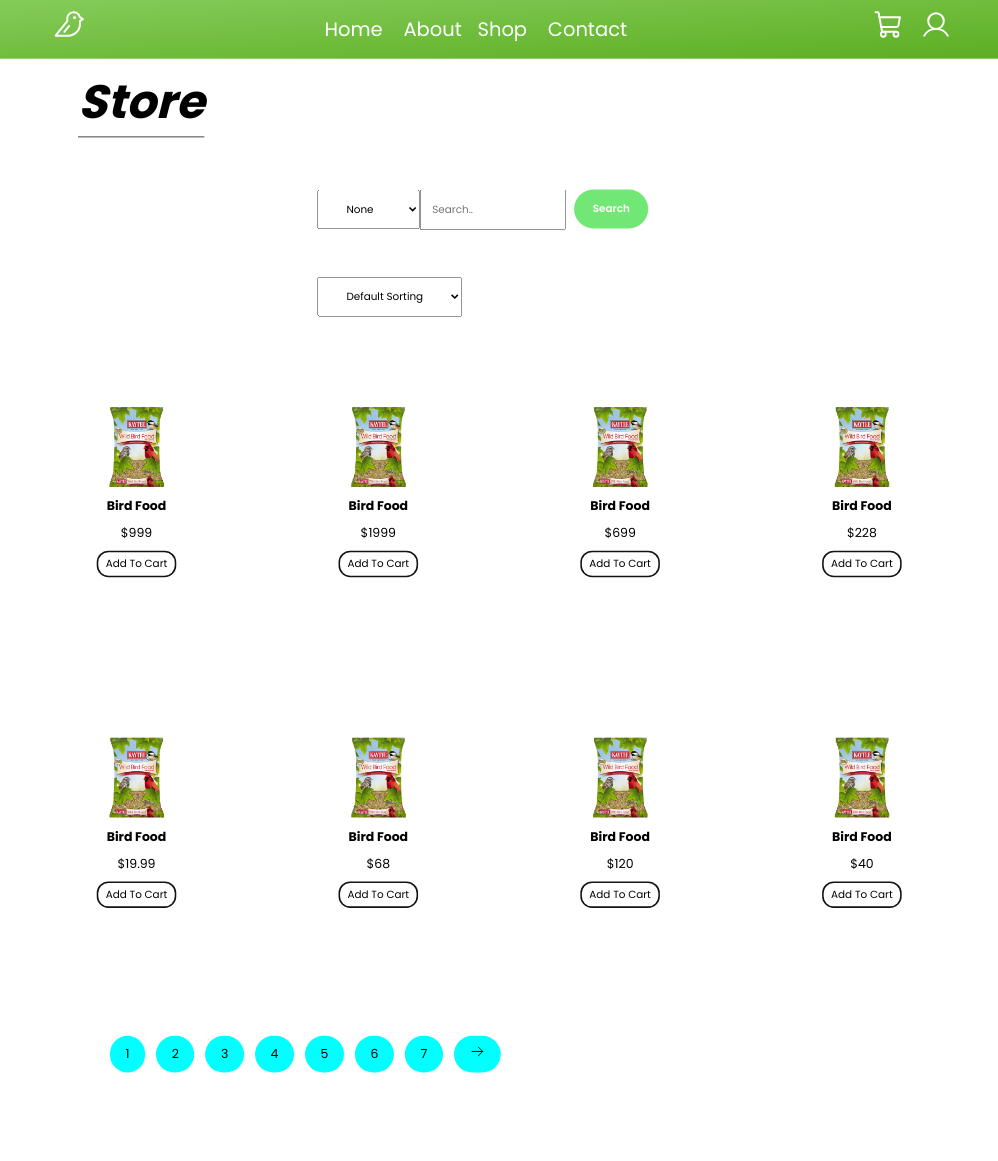
Repository: Vuhainam64/SWP391
Page: / (app in React/swp391-app/)
The author's editor kept a copy of each file at every save. The page is drawn from the files as they stood at one save, then again after the next save.
The browser window is 1280 px wide. The pictures show the whole page, at 78% of full size.
The project was rebuilt for these pictures with package versions that can differ from the ones it lists, and the page was loaded fresh each time. Also part of the build but not shown: React/swp391-app/src/pages/register/register.jsx, React/swp391-app/src/pages/home/home.css, React/swp391-app/src/pages/home/home-product.jsx, React/swp391-app/src/pages/home/home.jsx, React/swp391-app/src/pages/about/about.jsx, React/swp391-app/src/pages/contact/contact.jsx, React/swp391-app/src/pages/cart/cart-item.jsx, React/swp391-app/src/pages/cart/cart.css and 2 more.

Above is the page before, as saved 2023-06-05 08:18:08.

### React/swp391-app/src/App.js
import './App.css';
import { BrowserRouter as Router, Routes, Route } from "react-router-dom";
import { Navbar } from "./components/navbar";
import { Register } from "./pages/register/register";
import { Home } from "./pages/home/home";
import { About } from "./pages/about/about";
import { Shop } from "./pages/shop/shop";
import { Contact } from "./pages/contact/contact";
import { Cart } from "./pages/cart/cart";
import { ShopContextProvider } from './context/shop-context';
import { ProductDetail } from './pages/product/product-detail';


function App() {
  return (
    <div className = "App">
      <ShopContextProvider>
        <Router>
          <Navbar />
          <Routes>
            <Route path = "/register" element = {<Register />} />
            <Route path = "/home" element={<Home/>} />
            <Route path = "/about" element={<About/>} />
            <Route path = "/" element = {<Shop />} />
            <Route path = "/product" element = {<ProductDetail />} />
            <Route path = "/contact" element = {<Contact />} />
            <Route path = "/cart" element = {<Cart />} />
          </Routes>
        </Router>
      </ShopContextProvider>
    </div>
  );
}

export default App;

### React/swp391-app/src/App.css
.App {
  width: 100%;
  height: auto;
  min-height: 100vh;
  font-family: 'Segoe UI', Tahoma, Geneva, Verdana, sans-serif;
}

body {
  padding: 0;
  margin: 0;
}

### React/swp391-app/src/components/navbar.jsx
import React from "react";
import { Link } from "react-router-dom";
import { ShoppingCart, Bird, User } from "phosphor-react";
import "./navbar.css";

export const Navbar = () => {
  return (
    <div className="navbar">
      <div className="links">
        <div className="icon">
          <Link to="/home">
            <Bird size={40} />
          </Link>
        </div>
        <div className="middle">
          <Link to="/home"> Home </Link>
          <Link to="/about">About</Link>
          <Link to="/">Shop</Link>
          <Link to="/contact"> Contact</Link>
        </div>
        <div className="end">
          <Link to="/cart">
            <ShoppingCart size={40} />
          </Link>
            <Link to="/register">
              <User size={40}/>
            </Link>
        </div>
      </div>
    </div>
  );
};

### React/swp391-app/src/pages/shop/shop.jsx
import React from "react";
import { PRODUCTS } from "../../products";
import { Product } from "./product";
import { ArrowRight } from "phosphor-react";
import "./shop.css";

export const Shop = () => {
  return (
    <div className="shop">
      <div className="shopTitle">
        <h3>Store</h3>
      </div>
      <div className="sort">
        <div className="box-image">
          <div className="form-shop">
            <div class="form-shop-select">
              <label>
                <select>
                  <option selected> None </option>
                  <option>Seed</option>
                  <option>Suet</option>
                  <option>Nectar</option>
                  <option>Fruit</option>
                  <option>Insect</option>
                </select>
              </label>
            </div>
            <div className="search-bar">
              <input type="text" placeholder="Search.." />
            </div>
            <div className="icon-search">
              <button>Search</button>
            </div>
          </div>
          <div className="sort-shop">
            <label>
              <select>
                <option selected> Default Sorting </option>
                <option>A To Z</option>
                <option>1 - 8</option>
                <option>Price</option>
              </select>
            </label>
          </div>
        </div>
      </div>
      <div className="products">
        {PRODUCTS.map((product) => (
          <Product data={product} />
        ))}
      </div>
      <div className="page-count">
        <div className="page-number">
          <ul className="page-number-count">
            <li>1</li>
            <li>2</li>
            <li>3</li>
            <li>4</li>
            <li>5</li>
            <li>6</li>
            <li>7</li>
            <li>
              <ArrowRight size={20} />
            </li>
          </ul>
        </div>
      </div>
    </div>
  );
};

### React/swp391-app/src/context/shop-context.jsx
import { createContext, useEffect, useState } from "react";
import { PRODUCTS } from "../products";

export const ShopContext = createContext(null);

const getDefaultCart = () => {
    let cart = {};
    for (let i = 1; i < PRODUCTS.length + 1; i++) {
        cart[i] = 0;
    }
    return cart;
}

export const ShopContextProvider = (props) => {
    const [cartItems, setCartItems] = useState(getDefaultCart());

    const getTotalCartAmount = () => {
        let totalAmount = 0;
        for (const item in cartItems) {
            if (cartItems[item] > 0) {
                let itemInfo = PRODUCTS.find((product) => product.id === Number(item));
                totalAmount += cartItems[item] *itemInfo.price;
            }
        }
        return totalAmount;
    };

    const addToCart = (itemId) => {
        setCartItems((prev) => ({ ...prev, [itemId]: prev[itemId] + 1}));
    };

    const removeFromCart = (itemId) => {
        setCartItems((prev) => ({ ...prev, [itemId]: prev[itemId] - 1}));
    };

    const updateCartItemCount = (newAmount, itemId) => {
        setCartItems((prev) => ({ ...prev, [itemId]: newAmount }));
    };

    const checkout = () => {
        setCartItems(getDefaultCart());
    };

    const contextValue = {
        cartItems,
        addToCart,
        updateCartItemCount,
        removeFromCart,
        getTotalCartAmount,
        checkout,
    };

    return (
        <ShopContext.Provider value={contextValue}>
            {props.children}
        </ShopContext.Provider>
    );
};

### React/swp391-app/src/components/navbar.css
.navbar {
    width: 100%;
    height: 75px;
    background-color: #85CC5A;
    background-image: linear-gradient(to bottom right, #85CC5A, #5CAE22);
    display: flex;
    justify-content: center;
    align-items: center;
}

.links {
    margin-right: 50px;
    display: flex;
    align-items: center;
    justify-content: space-between;
    width: 100%;
}

.icon {
    margin-left: 50px;
}

.end {
    padding: 0 10px;
}

.links a {
    text-decoration: none;
    color: white;
    margin-left: 20px;
    font-size: 25px;
}

### React/swp391-app/src/pages/register/register.css
/* Import Google font - Poppins */
@import url('https://fonts.googleapis.com/css2?family=Poppins:wght@200;300;400;500;600;700&display=swap');

*{
  margin: 0;
  padding: 0;
  box-sizing: border-box;
  font-family: 'Poppins', sans-serif;
}

.images{
  position: absolute;
  width: 100%;
  height: 100%;
  background-image: url(../../assets/products/bird.jpg);
  background-position: center;
  background-size: cover;
  color: white;
}

.container{
  position: relative;
  top: 50%;
  left: 50%;
  transform: translate(-50%,-50%);
  max-width: 480px;
  width: 100%;
  border-radius: 7px;
  box-shadow: -3px -3px 9px #aaa9a9a2,
              3px 3px 7px rgba(147, 149, 151, 0.671);
}

.container .registration{
  display: none;
}

#check:checked ~ .registration{
  display: block;
}

#check:checked ~ .login{
  display: none;
}

#check{
  display: none;
}

.container .form{
  padding: 2rem;
}

.form header{
  font-size: 2rem;
  font-weight: 500;
  text-align: center;
  margin-bottom: 1.5rem;
}

 .form input{
   height: 60px;
   width: 92%;
   padding: 0 14px;
   font-size: 17px;
   margin-top: 15px;
   margin-bottom: 1.3rem;
   border: 1px solid #ddd;
   border-radius: 6px;
   outline: none;
 }

 .form input:focus{
   box-shadow: 0 1px 0 rgba(0,0,0,0.2);
 }

.form a{
  font-size: 16px;
  color: #20ffd6;
  text-decoration: none;
}

.form a:hover{
  text-decoration: underline;
}

.form input.button{
  color: #fff;
  background: #009579;
  font-size: 1.2rem;
  font-weight: 500;
  letter-spacing: 1px;
  margin-top: 1.7rem;
  cursor: pointer;
  transition: 0.4s;
  width: 100%;
}

.form input.button:hover{
  background: #006653;
}

.signup{
  font-size: 17px;
  text-align: center;
}

.signup label{
  color: #20ffd6;
  cursor: pointer;
}

.signup label:hover{
  text-decoration: underline;
}

.icon-login {
  margin-right: 5px;
}

### React/swp391-app/src/products.js
import product1 from "./assets/products/1.png";
import product2 from "./assets/products/1.png";
import product3 from "./assets/products/1.png";
import product4 from "./assets/products/1.png";
import product5 from "./assets/products/1.png";
import product6 from "./assets/products/1.png";
import product7 from "./assets/products/1.png";
import product8 from "./assets/products/1.png";

export const PRODUCTS = [
  {
    id: 1,
    productName: "Bird Food",
    price: 999.0,
    productImage: product1,
  },
  {
    id: 2,
    productName: "Bird Food",
    price: 1999.0,
    productImage: product2,
  },
  {
    id: 3,
    productName: "Bird Food",
    price: 699.0,
    productImage: product3,
  },
  {
    id: 4,
    productName: "Bird Food",
    price: 228.0,
    productImage: product4,
  },
  {
    id: 5,
    productName: "Bird Food",
    price: 19.99,
    productImage: product5,
  },
  {
    id: 6,
    productName: "Bird Food",
    price: 68.0,
    productImage: product6,
  },
  {
    id: 7,
    productName: "Bird Food",
    price: 120.0,
    productImage: product7,
  },
  {
    id: 8,
    productName: "Bird Food",
    price: 40.0,
    productImage: product8,
  },
];

### React/swp391-app/src/pages/shop/product.jsx
import React, {useContext, useState, useEffect} from "react";
import { ShopContext } from "../../context/shop-context";


export const Product = (props) => {
    const { id, productName, price, productImage } = props.data;
    const { addToCart, cartItems } = useContext(ShopContext);

    const cartItemCount = cartItems[id];

    return (
        <div className = "product">
            <img src = {productImage} alt=""/>
            <div className = "description">
                <p>
                    <b>{productName}</b>
                </p>
                <p> ${price}</p>
            </div>
            <button className="addToCartBttn" onClick = {() => addToCart(id)}>
                Add To Cart {cartItemCount > 0 && <> ({cartItemCount}) </>}
            </button>
        </div>
    );
};

### React/swp391-app/src/pages/shop/shop.css
.shop {
    padding: 0 20px;
}

.shopTitle {
    margin-top: 10px;
    text-align: center;
    font-size: 40px;
}

.products {
    width: 100%;
    height: auto;
    display: grid;
    grid-template-columns: 1fr 1fr 1fr 1fr;
    place-items: center;

}

.product {
    border-radius: 15px;
    margin: 100px;
    display: flex;
    flex-direction: column;
    justify-content: center;
    align-items: center;
}

.product img {
    width: 100%;
    height: 100%;
}

.product .description {
    text-align: center;
}

.product:hover {
    transition: 0.3s ease-in;
    cursor: pointer;
}

.addToCartBttn {
    background-color: transparent;
    border: 2px solid rgb(19, 19, 19);
    min-width: 100px;
    padding: 5px 10px 5px 10px;
    border-radius: 15px;
}

.addToCartBttn:hover {
    background-color: rgb(19, 19, 19);
    color: white;
    cursor: pointer;
}

.description p,b{
    margin: 10px 0;
}
.shopTitle {
    justify-content: left;
    display: inline-block;
}
.shopTitle h3{
    float: left;
    margin-left: 80px;
    font-size: 60px;
    font-style: italic;
    border-bottom: 1px solid rgb(19, 19, 19);
}

.form-shop {
    display: flex;
    margin: 50px 10px 10px 80px;
    width: 100%;
}

.form-shop select {
    padding: 14px 32px;
}

.form-shop input {
    padding: 14px;
    margin: 10px 10px 10px 0;
    width: 100%;
}

.search-bar {
    width: 30%;
}
.icon-search button{
    padding: 14px 24px;
    height: 50px;
    margin-top: 10px;
    margin-left: 10px;
    border-radius: 50px;
    cursor: pointer;
    background-color: rgb(20, 217, 27);
    border: none;
    color: #fff;
    font-weight: 600;
    opacity: 0.6;
}

.icon-search button:hover {
    opacity: 1;
}

.sort {
    display: flex;
    justify-content: center;
    align-items: center;
}

.sort-shop {
    margin: 50px 10px 10px 80px;
}

.sort-shop select{
    padding: 14px 32px;
}

.page-count {
    margin: 50px 20px 100px 100px;
}

.page-number-count {
    display: flex;
    list-style: none;
    padding: 14px;
}

.page-number-count li {
    margin: 0 7px;
    padding: 10px 20px;
    border-radius: 50px;
    background-color: aqua;
}

.page-number-count li:hover {
    background-color: aqua;
    padding: 10px;
}

### React/swp391-app/src/pages/contact/contact.css
.contact{
    max-width: 400px;
    margin: 0 auto;
    padding: 20px;
}
.title-contact{
    text-align: center;
}
label{
    display: block;
    margin-top: 10px;
}
.form-contact{

    text-align: center;
}

/* input[type="text"],
.type-email,
input[type="message"],
textarea {
  width: 100%;
  padding: 8px;
  border: 1px solid #ccc;
  border-radius: 4px;
  box-sizing: border-box;
  margin-top: 5px;
  margin-bottom: 10px;
} */

input[type="submit"] {
    background-color: #4CAF50;
    color: white;
    padding: 10px 15px;
    border: none;
    border-radius: 4px;
    cursor: pointer;
    font-size: 16px;
  }

  input[type="submit"]:hover {
    background-color: #45a049;
  }

  textarea {
    height: 100px;
  }

Loaded but not shown: React/swp391-app/public/index.html (common file); React/swp391-app/src/index.js (common file); React/swp391-app/src/index.css (common file); React/swp391-app/src/reportWebVitals.js (common file)

After the next save:
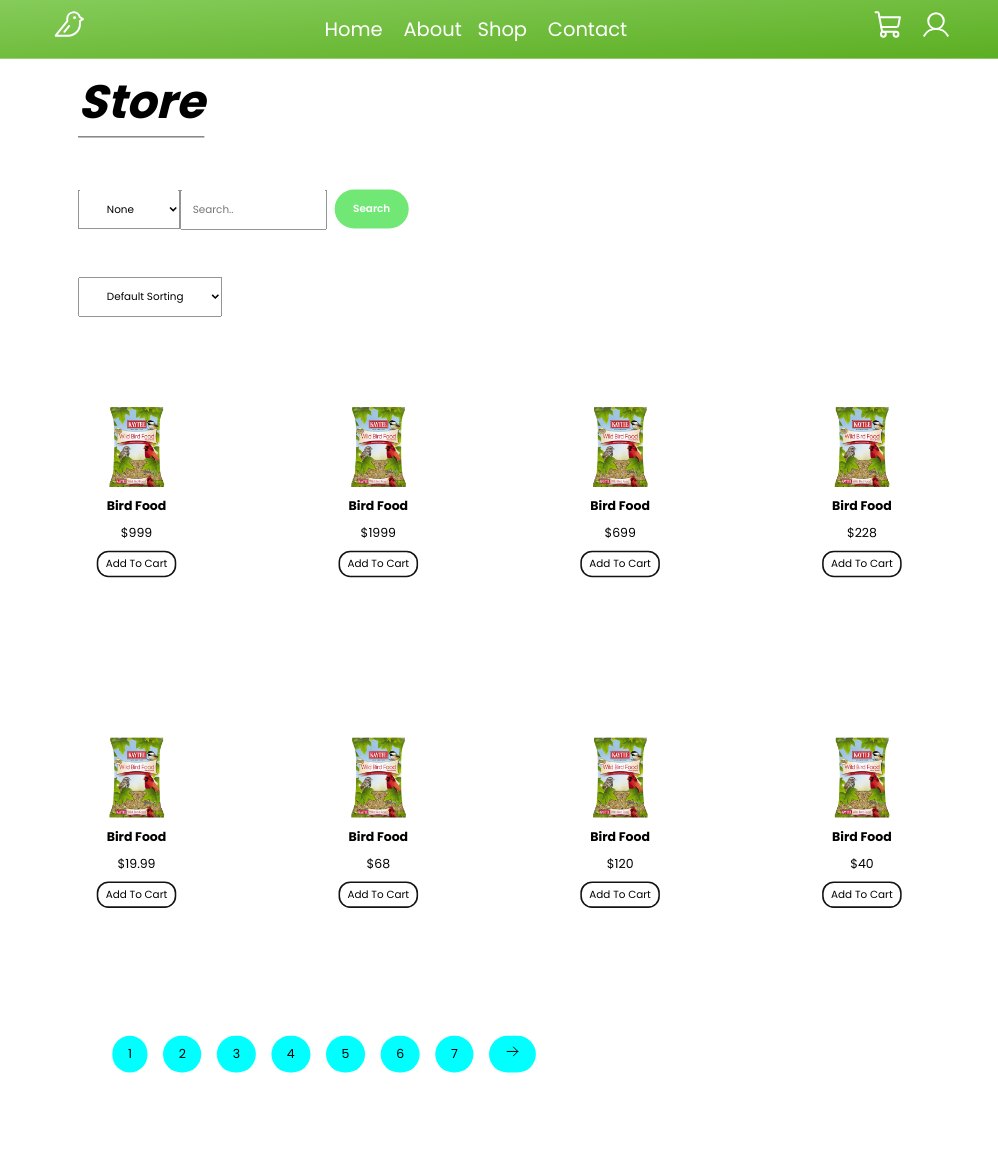
Saved 56 s later.
--- a/React/swp391-app/src/pages/shop/shop.css
+++ b/React/swp391-app/src/pages/shop/shop.css
@@ -108,8 +108,7 @@
 
 .sort {
     display: flex;
-    justify-content: center;
-    align-items: center;
+    justify-content: space-between;
 }
 
 .sort-shop {
@@ -131,7 +130,7 @@
 }
 
 .page-number-count li {
-    margin: 0 7px;
+    margin: 0 10px;
     padding: 10px 20px;
     border-radius: 50px;
     background-color: aqua;
